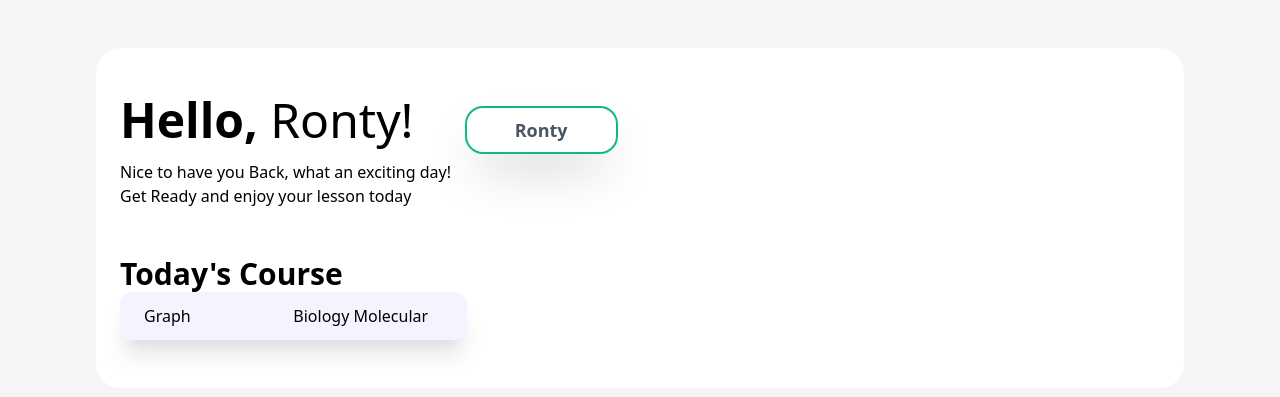
Repository: coolronts/Vite-Tailwind
Page: /
These files come from the project's save history. The page is drawn as it stood at one moment and after the next save; the edit follows.
The browser window is 1280 px wide. The pictures show the whole page.
The project was rebuilt for these pictures with package versions that can differ from the ones it lists, and the page was loaded fresh each time. Also part of the build but not shown: vite.config.js.

Above is the page before, as saved 2021-11-26 07:29:05.

### src/App.jsx
import './App.css'

import {Course, Intro} from './Section'
import { PrimaryButton, SecondaryButton } from './components/Button'

import {PrimaryCard} from './components/Card'
import SplitScreen from './components/SplitScreen'
import { useState } from 'react'

function App() {

  return (
    <div className="App bg-white my-12 mx-24 rounded-3xl px-6 py-12">
      <SplitScreen leftWeight = 'w-1/3'>
        <div id="left">
          <Intro/>
          <div id="course">
            <p className="text-3xl font-bold  font-sans">Today's Course</p>
            <PrimaryCard>
              <Course/>
            </PrimaryCard>
          </div>

        </div>

        <div id="right">
          <SecondaryButton name="Ronty"/>
        </div>


      </SplitScreen>
    </div>
  )
}

export default App

### src/Section/index.js
import Course from "./Course";
import Intro from "./Intro";

export { Intro, Course };

### src/components/Button/index.jsx
import React from 'react'

export const PrimaryButton = ({name}) =>{
  return (
    <button className="bg-green-500 px-12 py-2 ring-2 ring-green-500 text-white text-lg font-semibold shadow-2xl rounded-2xl mt-3">
      {name}
    </button>
  )
}

export const SecondaryButton = ({name}) =>{
  return (
    <button className="bg-white px-12 py-2 ring-2 ring-green-500 text-gray-600 text-lg font-semibold shadow-2xl rounded-2xl mt-3">
      {name}
    </button>
  )
}

### src/components/Card/index.jsx
import React from 'react'

export const PrimaryCard =({children})=> {
  return (
    <div className="bg-purple-50 py-3 px-6  rounded-xl shadow-xl">
      {children}
    </div>
  )
}

### src/components/SplitScreen/index.jsx
import PropTypes from 'prop-types'
import React from "react"
import tw from "tailwind-styled-components"

const Container = tw.div`${(props) => props.weight}`;

const Pane = tw.div`${(props) => props.weight}`;

const SplitScreen = ({
	children,
	containerWeight = 'flex w-full',
  leftWeight = 'w-1/2',
	rightWeight = 'w-1/2',
}) => {
	const [left, right] = children;
	return (
		<Container className={containerWeight}>
			<Pane className={leftWeight}>
				{left}
			</Pane>
			<Pane className={rightWeight}>
				{right}
			</Pane>
		</Container>
	);
}

export default SplitScreen

SplitScreen.propTypes = {
	children: PropTypes.arrayOf(PropTypes.node).isRequired,
	containerWeight: PropTypes.string,
	leftWeight: PropTypes.string,
	rightWeight: PropTypes.string,
}

### src/Section/Course/index.jsx
import React from 'react'
import SplitScreen from '../../components/SplitScreen'

export default function Course() {
  return (
    <SplitScreen>
      <div id="left">
        Graph
      </div>
      <div id="right">
        <h4>Biology Molecular</h4>
      </div>
    </SplitScreen>
  )
}

### src/Section/Intro/index.jsx
import React from 'react'

export default function Intro({name}) {
  return (
    <div className="mb-12">
      <h3 className="text-5xl font-sans font-bold mb-4">Hello, <span className="font-light">Ronty!</span> </h3>
      <div className="font-semibold tracking-wide text-gray-500">

      </div>
      <h5>Nice to have you Back, what an exciting day!</h5>
      <h5>Get Ready and enjoy your lesson today</h5>
    </div>
  )
}

Loaded but not shown: index.html (common file); src/main.jsx (common file); src/index.css (common file); src/App.css (common file); tailwind.config.js (common file)

After the next save:
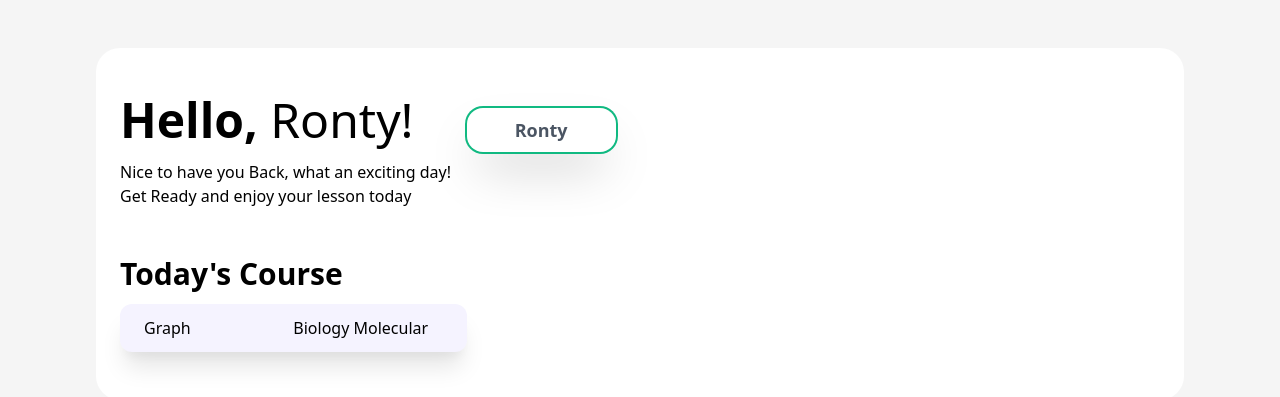
Saved 12 s later.
--- a/src/App.jsx
+++ b/src/App.jsx
@@ -15,7 +15,7 @@ function App() {
         <div id="left">
           <Intro/>
           <div id="course">
-            <p className="text-3xl font-bold  font-sans">Today's Course</p>
+            <p className="text-3xl font-bold  font-sans mb-3">Today's Course</p>
             <PrimaryCard>
               <Course/>
             </PrimaryCard>
